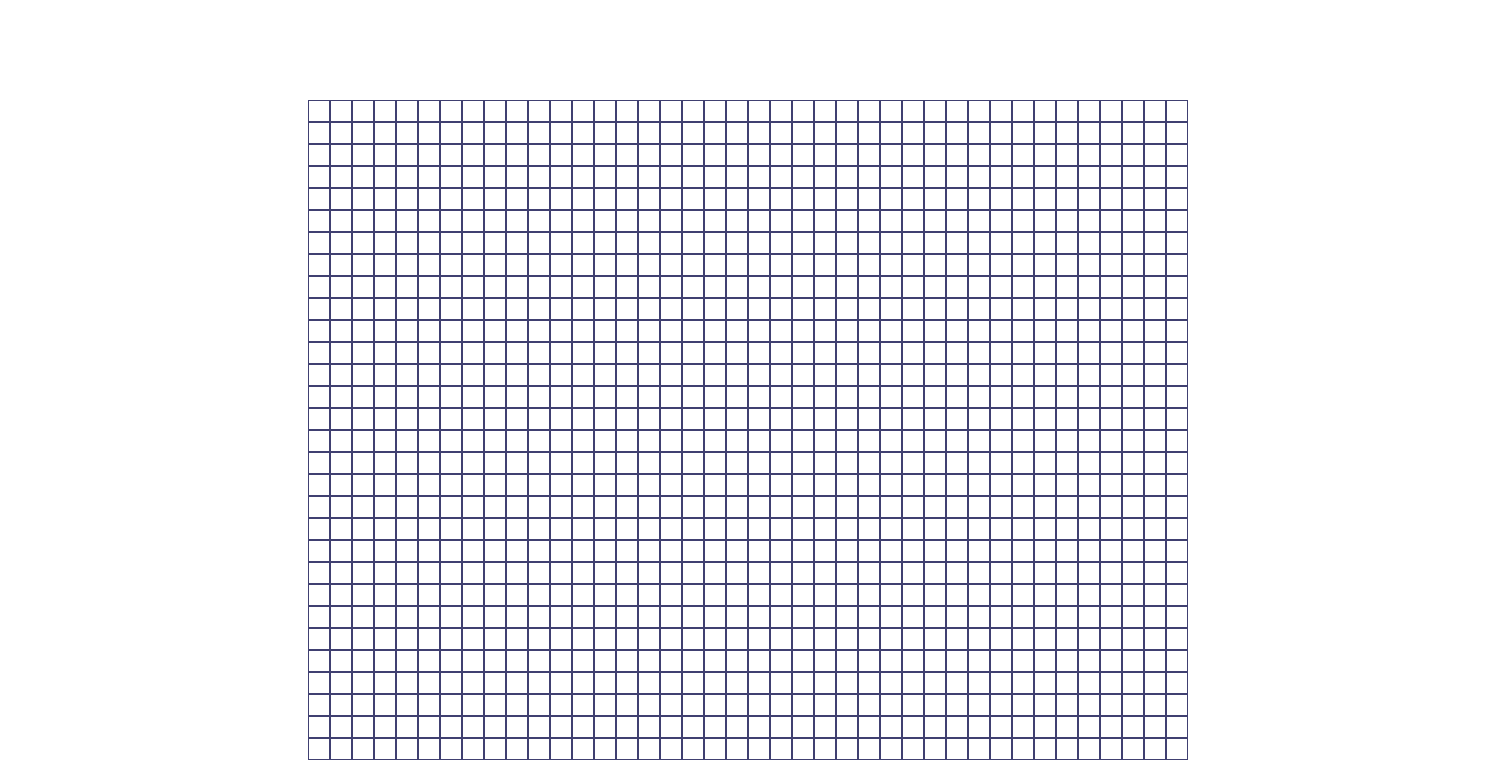
Repository: NikhilJohny/Pathfinding---ReactJS
Page: /
The author's editor kept a copy of each file at every save. The page is drawn from the files as they stood at one save, then again after the next save.
The browser window is 1280 px wide. The page is 1280 px wide, then 1508 px, so the pictures cover 1508 px, including what lies to the right of the window. The pictures show the whole page.
The project was rebuilt for these pictures with package versions that can differ from the ones it lists, and the page was loaded fresh each time.

Above is the page before, as saved 2021-05-06 12:50:05.

After the next save:
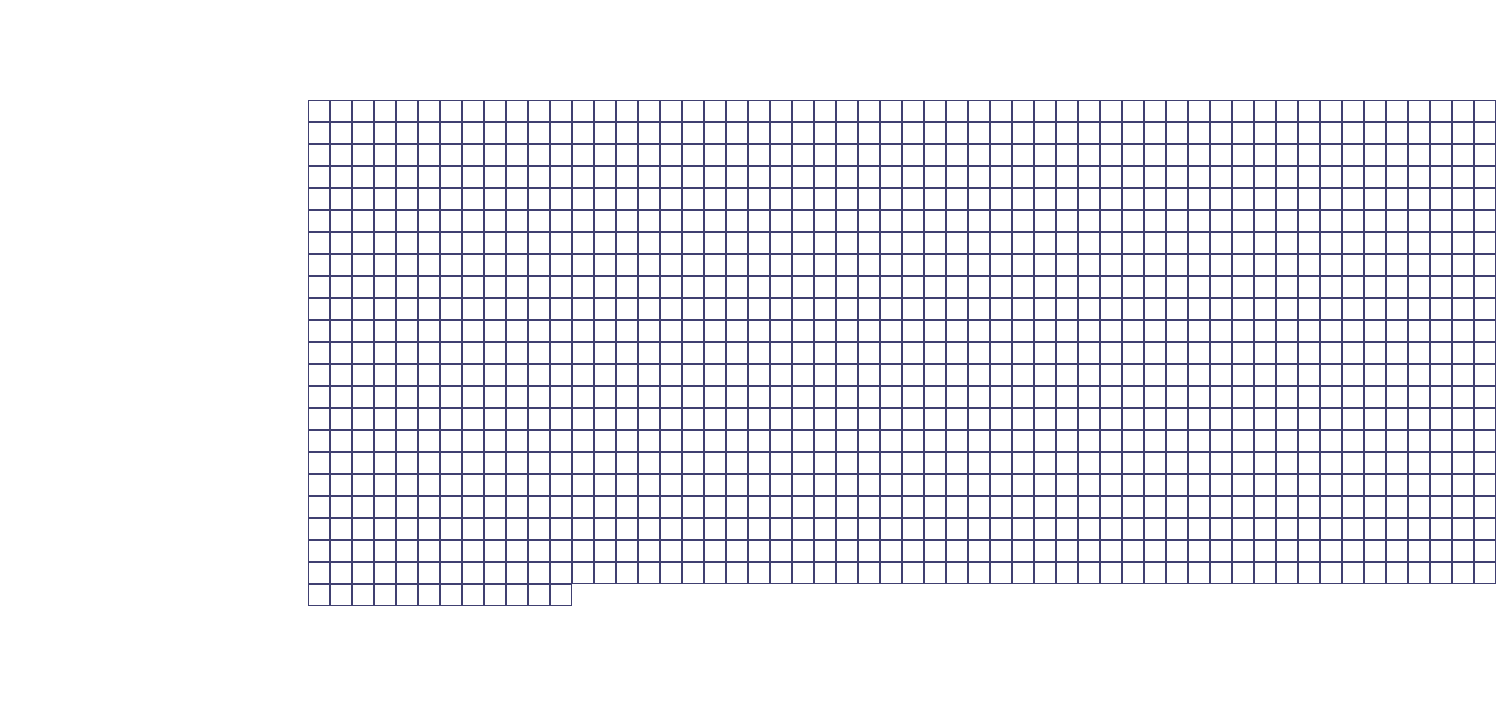
Saved 28 s later.
--- a/src/Node.css
+++ b/src/Node.css
@@ -1,8 +1,8 @@
 .canvas {
     margin-top: 100px;
     margin-left: 300px;
-    max-width: 900px;
-    min-width: 900px;
+    max-width: 1200px;
+    min-width: 1200px;
 }
 
 .Node {
